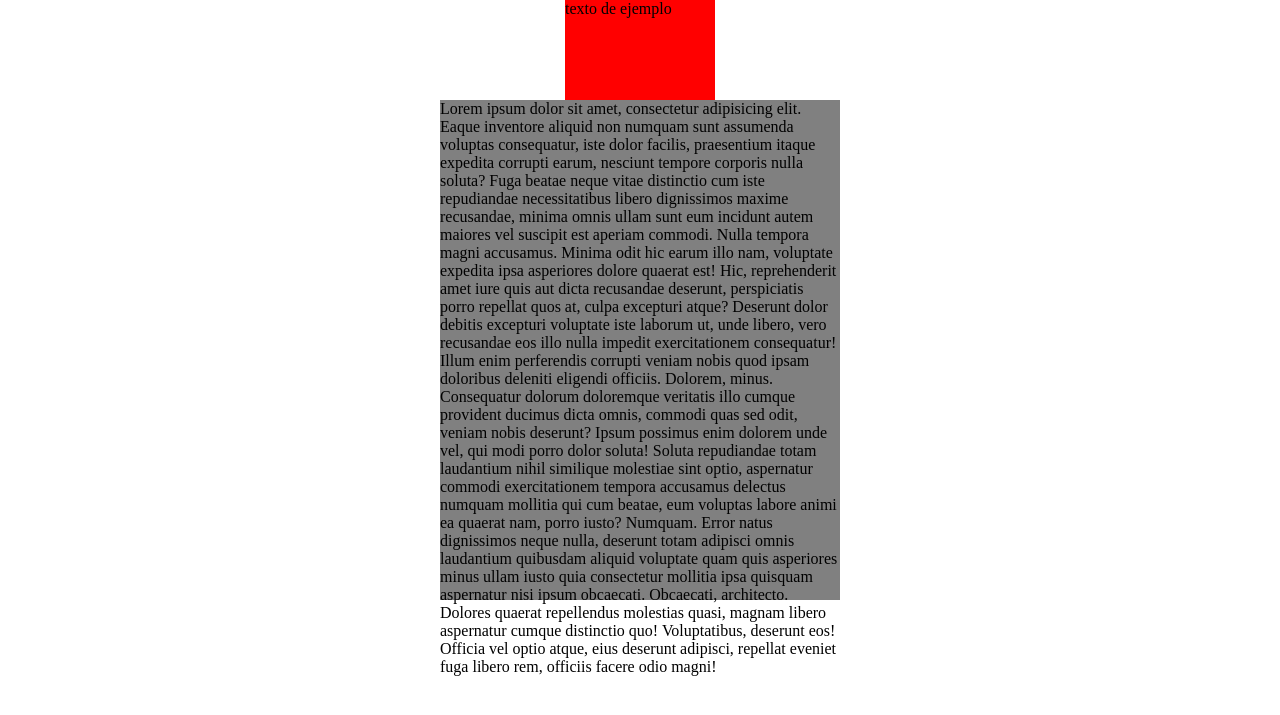
Repository: Daniel009980/daniel0099980
Page: desafio/index.html
An editor plug-in stored every save of this project. The page is shown before and after the next save, followed by the edit.
The browser window is 1280 px wide. The pictures show the whole page.

Above is the page before, as saved 2022-09-18 23:40:18.

### desafio/index.html
<!DOCTYPE html>
<html lang="en">
<head>
    <meta charset="UTF-8">
    <meta http-equiv="X-UA-Compatible" content="IE=edge">
    <meta name="viewport" content="width=device-width, initial-scale=1.0">
    <title>Desafio</title>
    <link rel="stylesheet" href="./style.css">
</head>
<body>
    <div><p>texto de ejemplo</p></div>
    <main>
        <section><p>Lorem ipsum dolor sit amet, consectetur adipisicing elit. Eaque inventore aliquid non numquam sunt assumenda voluptas consequatur, iste dolor facilis, praesentium itaque expedita corrupti earum, nesciunt tempore corporis nulla soluta?
        Fuga beatae neque vitae distinctio cum iste repudiandae necessitatibus libero dignissimos maxime recusandae, minima omnis ullam sunt eum incidunt autem maiores vel suscipit est aperiam commodi. Nulla tempora magni accusamus.
        Minima odit hic earum illo nam, voluptate expedita ipsa asperiores dolore quaerat est! Hic, reprehenderit amet iure quis aut dicta recusandae deserunt, perspiciatis porro repellat quos at, culpa excepturi atque?
        Deserunt dolor debitis excepturi voluptate iste laborum ut, unde libero, vero recusandae eos illo nulla impedit exercitationem consequatur! Illum enim perferendis corrupti veniam nobis quod ipsam doloribus deleniti eligendi officiis.
        Dolorem, minus. Consequatur dolorum doloremque veritatis illo cumque provident ducimus dicta omnis, commodi quas sed odit, veniam nobis deserunt? Ipsum possimus enim dolorem unde vel, qui modi porro dolor soluta!
        Soluta repudiandae totam laudantium nihil similique molestiae sint optio, aspernatur commodi exercitationem tempora accusamus delectus numquam mollitia qui cum beatae, eum voluptas labore animi ea quaerat nam, porro iusto? Numquam.
        Error natus dignissimos neque nulla, deserunt totam adipisci omnis laudantium quibusdam aliquid voluptate quam quis asperiores minus ullam iusto quia consectetur mollitia ipsa quisquam aspernatur nisi ipsum obcaecati. Obcaecati, architecto.
        Dolores quaerat repellendus molestias quasi, magnam libero aspernatur cumque distinctio quo! Voluptatibus, deserunt eos! Officia vel optio atque, eius deserunt adipisci, repellat eveniet fuga libero rem, officiis facere odio magni!</p></section>
    </main>
</body>
</html>

### desafio/style.css
*{
    box-sizing: border-box;
    margin: 0;
    padding: 0;
}


div{
    background-color: red;
    width: 150px;
    height: 100px;
    margin: 0 auto;
}

section{
    background-color: grey;
    width: 400px;
    height: 200px;
    min-height: 500px;
    margin: 0 auto;
}

After the next save:
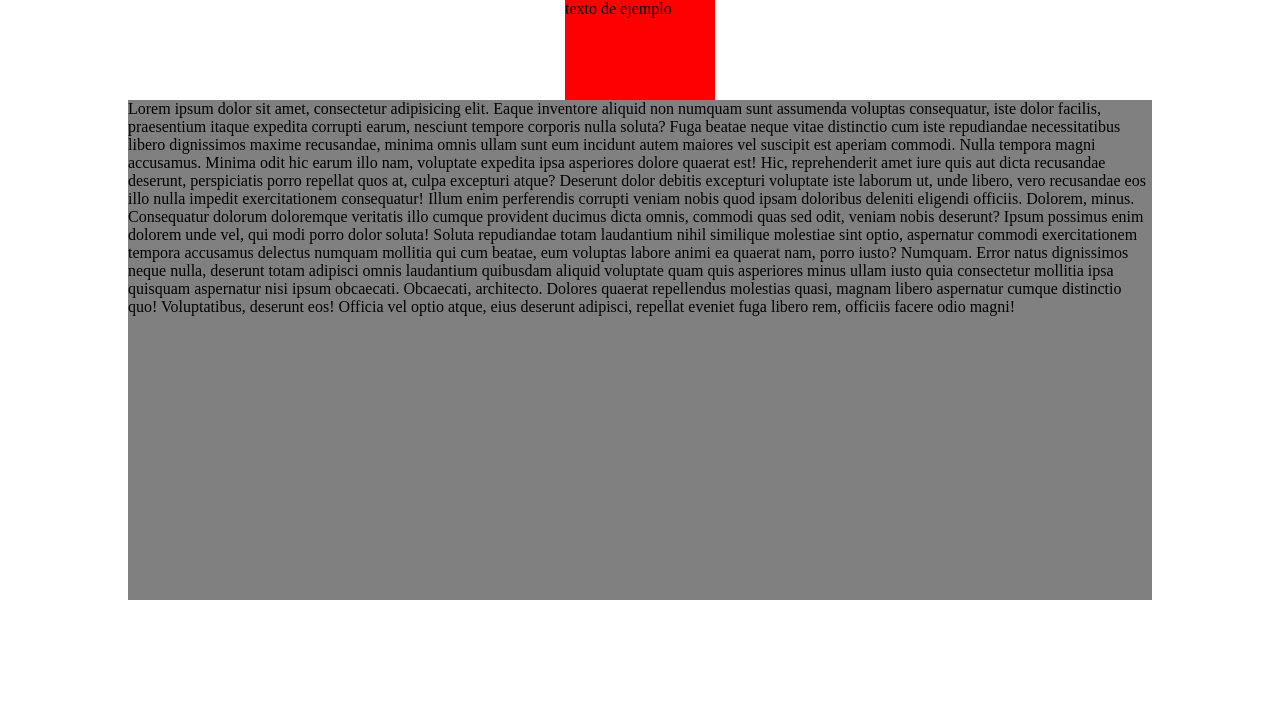
Saved 42 s later.
--- a/desafio/style.css
+++ b/desafio/style.css
@@ -14,7 +14,7 @@ div{
 
 section{
     background-color: grey;
-    width: 400px;
+    width: 80%;
     height: 200px;
     min-height: 500px;
     margin: 0 auto;
